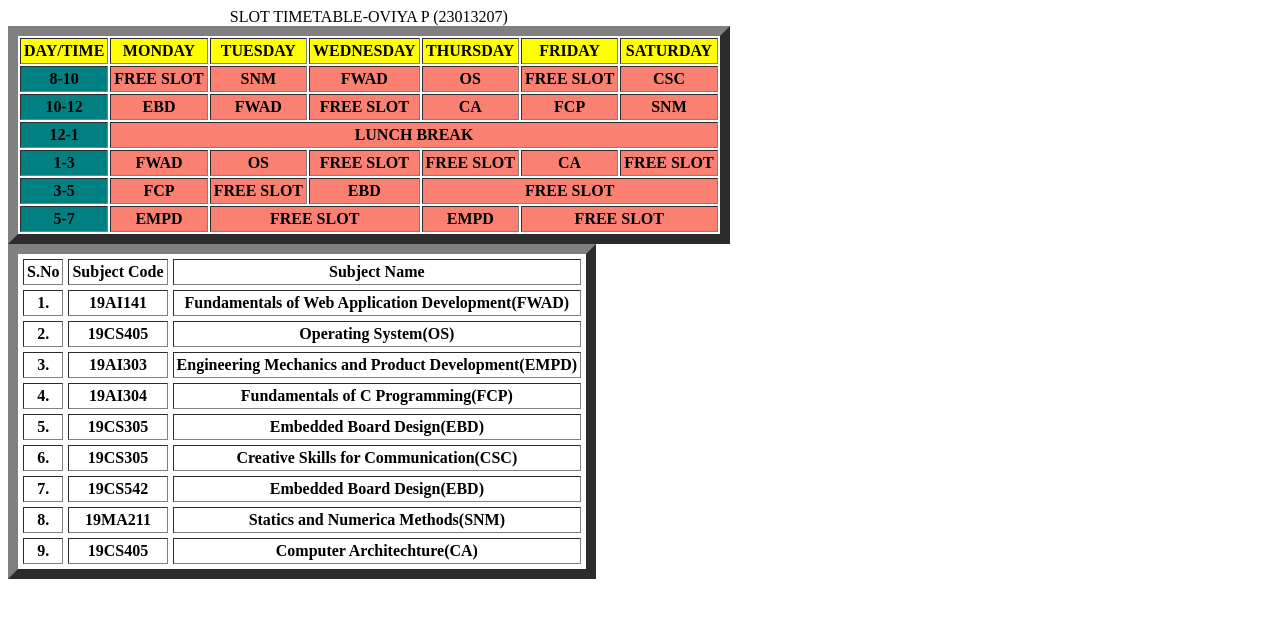
Repository: Oviya24032K6/slot
Page: oviya/static/time.html
These files come from the project's save history. The page is drawn as it stood at one moment and after the next save; the edit follows.
The browser window is 1280 px wide. The pictures show the whole page.

Above is the page before, as saved 2024-03-15 20:42:27.

After the next save:
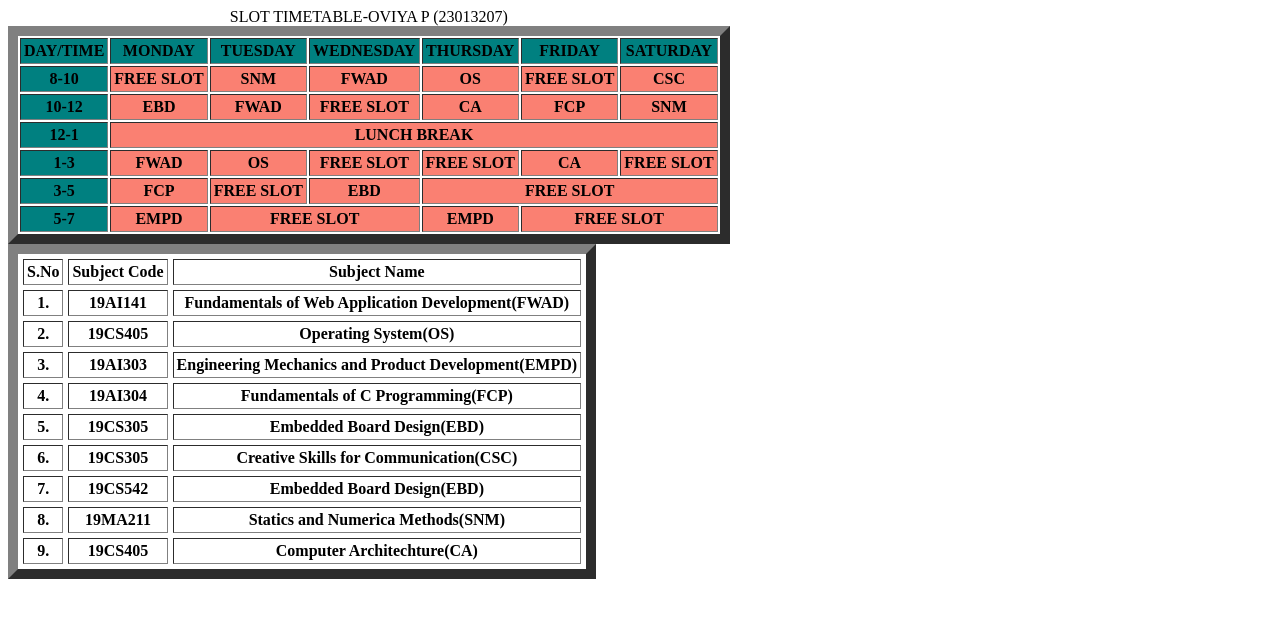
Saved 54 s later.
--- a/oviya/static/time.html
+++ b/oviya/static/time.html
@@ -6,13 +6,13 @@
     <table align="left" border="10" cellspacing="2" cellpadding="3">
     <caption>SLOT TIMETABLE-OVIYA P (23013207)</caption>
         <tr>
-            <th bgcolor="yellow">DAY/TIME</th>
-            <th bgcolor="yellow">MONDAY</th>
-            <th bgcolor="yellow">TUESDAY</th>
-            <th bgcolor="yellow">WEDNESDAY</th>
-            <th bgcolor="yellow">THURSDAY</th>
-            <th bgcolor="yellow">FRIDAY</th>
-            <th bgcolor="yellow">SATURDAY</th>
+            <th bgcolor="teal">DAY/TIME</th>
+            <th bgcolor="teal">MONDAY</th>
+            <th bgcolor="teal">TUESDAY</th>
+            <th bgcolor="teal">WEDNESDAY</th>
+            <th bgcolor="teal">THURSDAY</th>
+            <th bgcolor="teal">FRIDAY</th>
+            <th bgcolor="teal">SATURDAY</th>
         </tr>
         <tr>
             <th bgcolor="teal">8-10</th>
